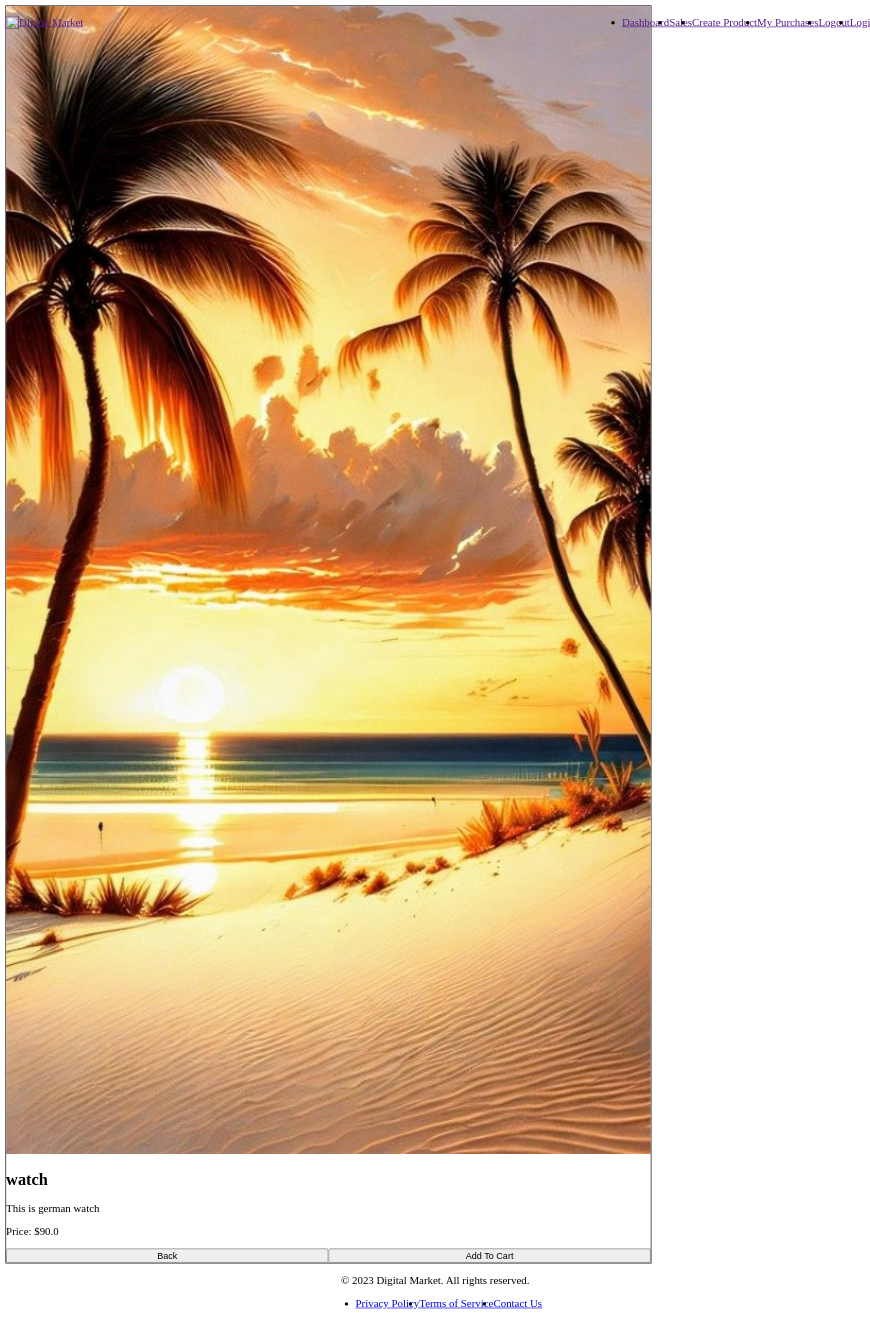
Repository: Zedestar/DigitalMarket_django
Page: http://localhost/product_details/5/
The author's editor kept a copy of each file at every save. The page is drawn from the files as they stood at one save, then again after the next save.
The browser window is 1280 px wide. The pictures show the whole page, at 68% of full size.
The page is served by the project's application, run on Django 5.2 (manage.py). Style sheets and scripts are compiled from the project's sources, by tool versions that may differ from the author's. The page reads the database file committed with the project.

Above is the page before, as saved 2025-03-19 20:52:57.

After the next save:
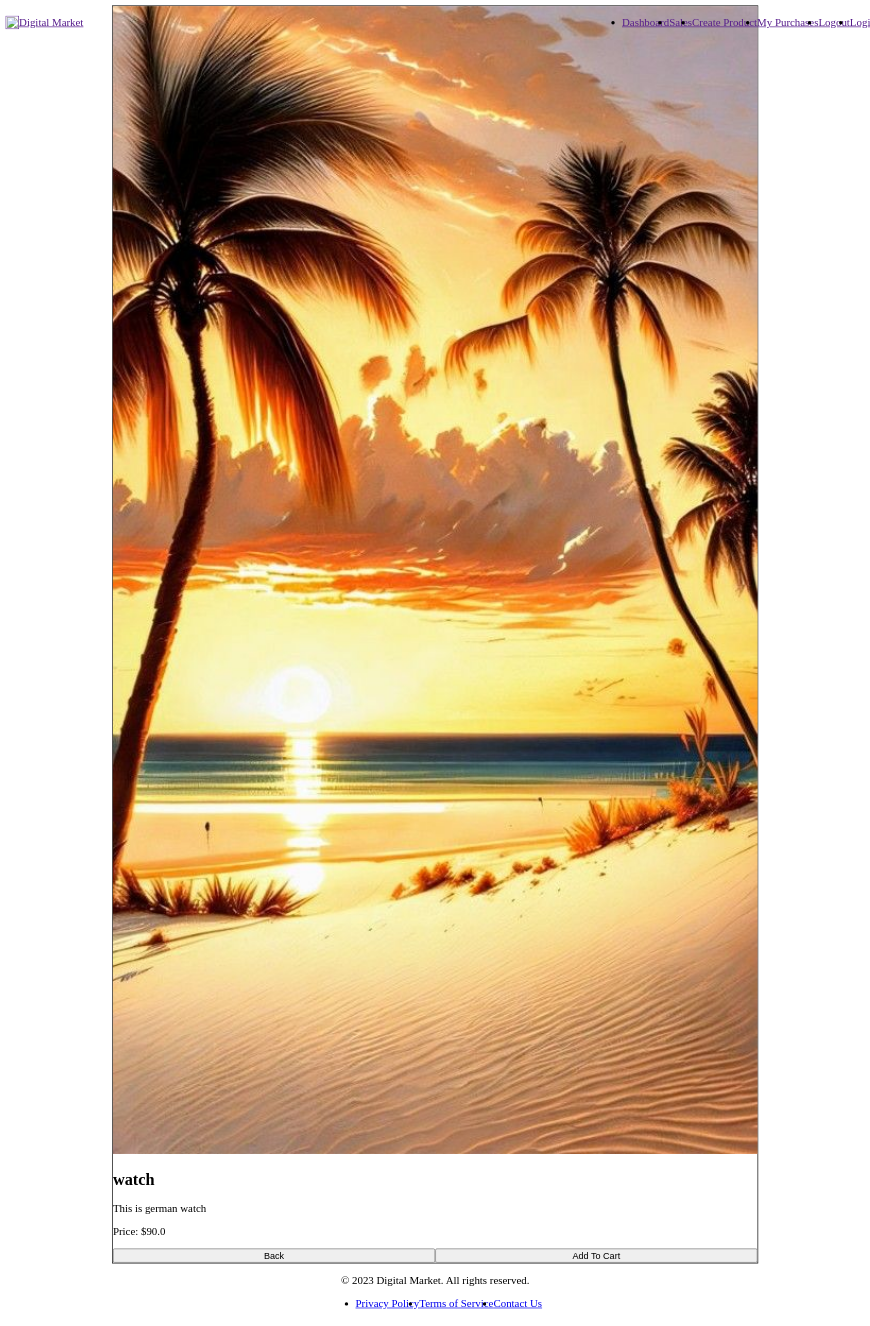
Saved 28 s later.
--- a/myapp/templates/myapp/product_details.html
+++ b/myapp/templates/myapp/product_details.html
@@ -1,6 +1,6 @@
 {% extends 'base.html' %}
 {% block body %}
-    <div class="shadow-lg">
+    <div class="shadow-lg flex items-center justify-center">
         <div class="shadow-lg hover:shadow-2xl w-3/4 border border-gray-200 rounded-sm ">
             <!-- Image Section (Fixed Height) -->
             <div class="w-full h-56 bg-gray-100">

After the save that followed:
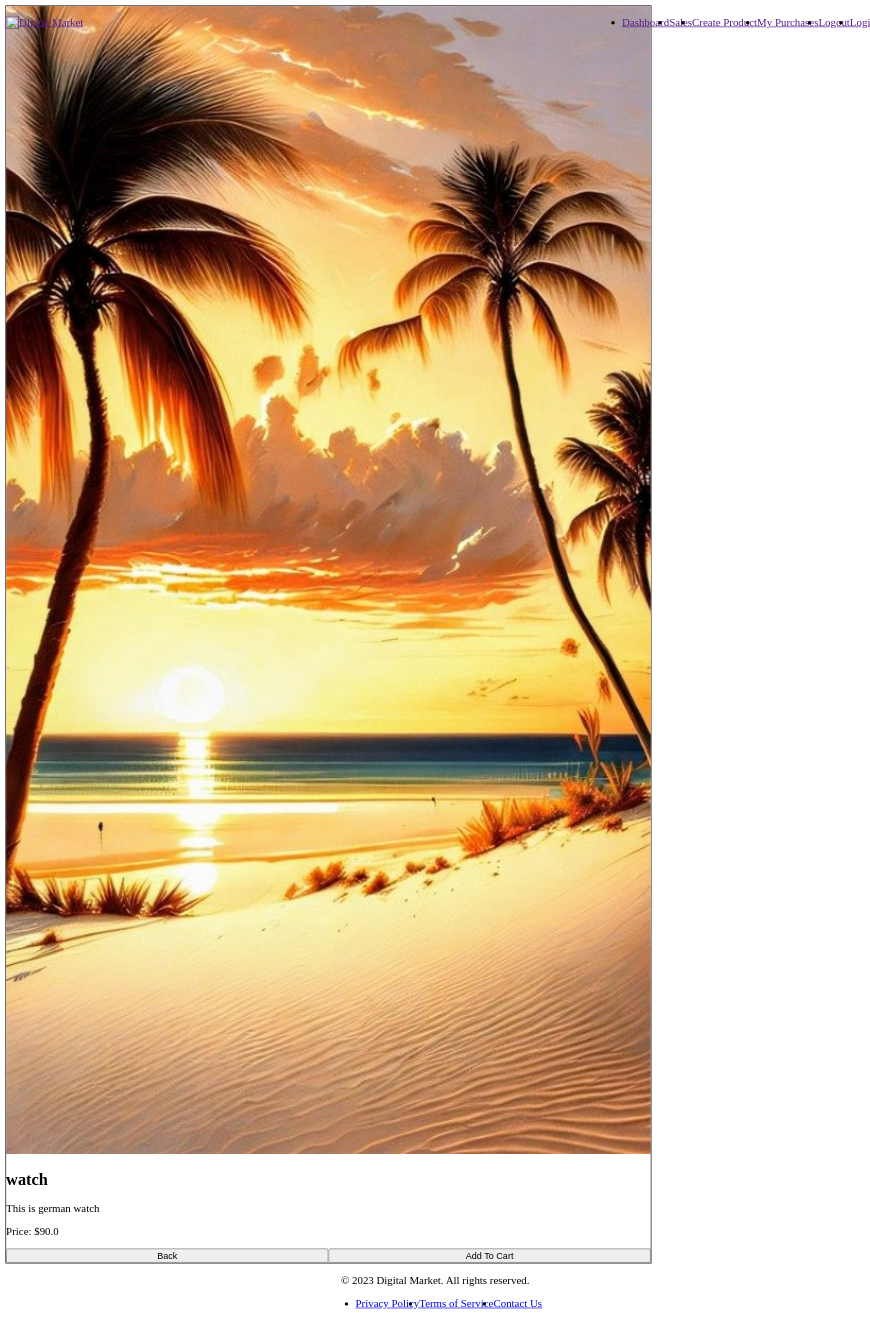
Saved 18 s later.
--- a/myapp/templates/myapp/product_details.html
+++ b/myapp/templates/myapp/product_details.html
@@ -1,6 +1,6 @@
 {% extends 'base.html' %}
 {% block body %}
-    <div class="shadow-lg flex items-center justify-center">
+    <div class="shadow-lg flex-1 items-center justify-center">
         <div class="shadow-lg hover:shadow-2xl w-3/4 border border-gray-200 rounded-sm ">
             <!-- Image Section (Fixed Height) -->
             <div class="w-full h-56 bg-gray-100">
